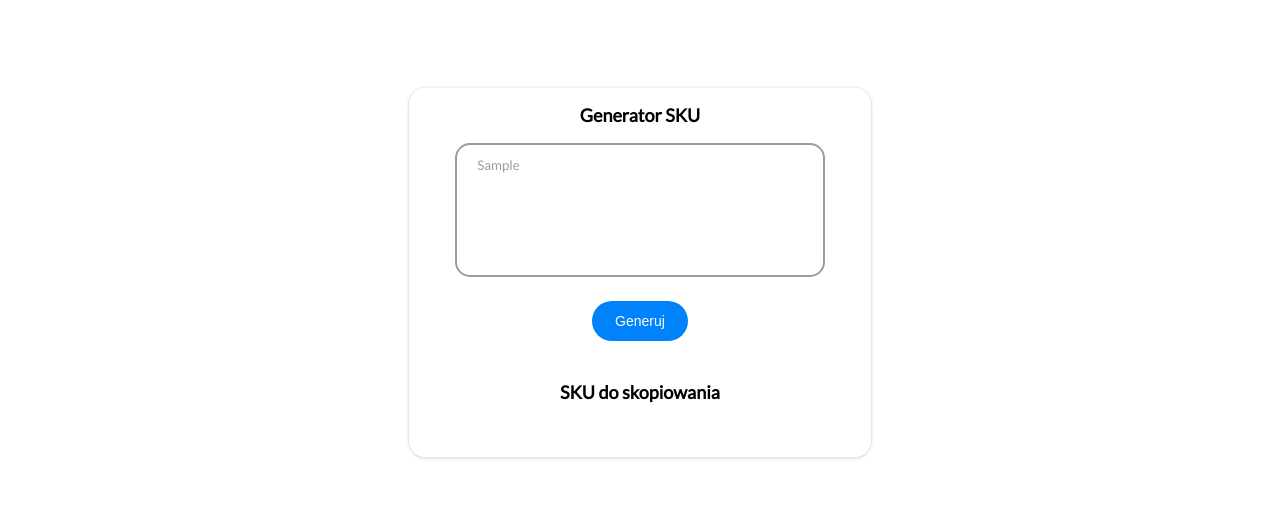
Repository: enowuigrek/Generator-SKU
Page: index.html
These files come from the project's save history. The page is drawn as it stood at one moment and after a run of saves; the edit follows.
The browser window is 1280 px wide. The pictures show the whole page.
Empty fields were first filled with sample values (such as "Sample", 5 or name@example.com).
After loading, the first visible `button.generation__button` was clicked once.
The style sheet was rebuilt from its Sass, Less or Tailwind sources for each picture, by a compiler version that may differ from the author's.

Above is the page before, as saved 2022-11-28 20:06:38.
Console error: ReferenceError: singleLink is not defined

After the next 2 saves:
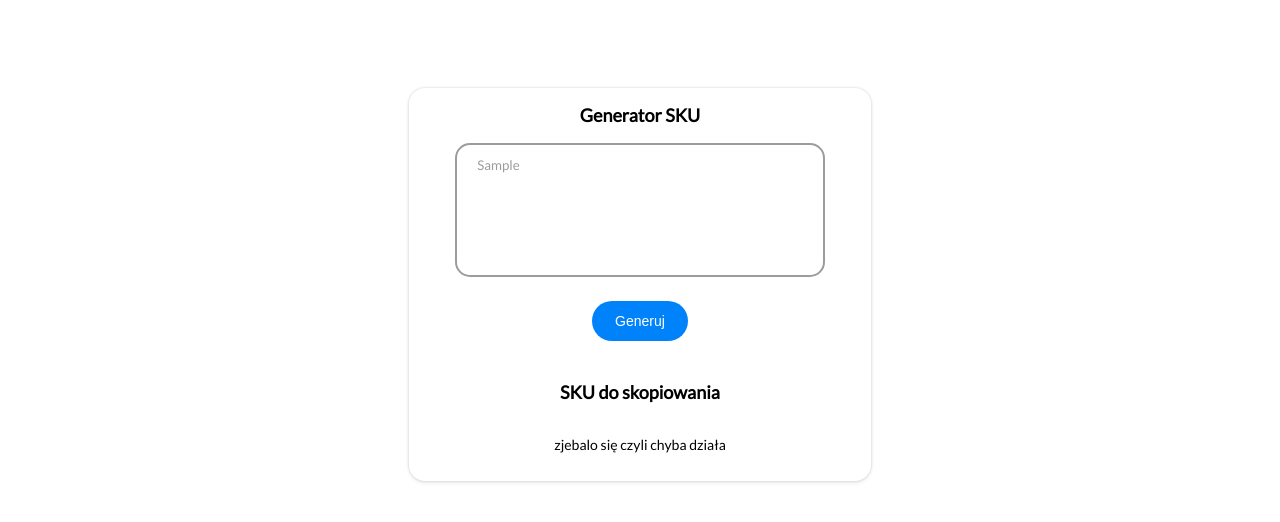
The error is gone.
The 2 saves are shown as one change because they came seconds apart.
The last was saved 33 s later.
--- a/js/script.js
+++ b/js/script.js
@@ -35,7 +35,7 @@ function generateSku() {
   for (let singleSku of listSku) {
 
     function addZero() {
-      if (parseInt(singleLink) && singleSku.length > 6 ) {
+      if (parseInt(singleSku) && singleSku.length > 6 ) {
         singleSku = '00' + singleSku
       };
     };
